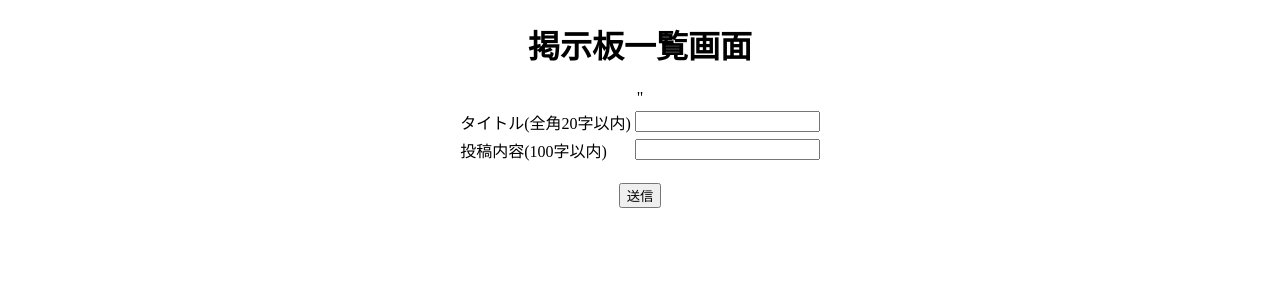
Repository: okaeriko714/senbonNock
Page: http://localhost/senbonNock/jsp/defaultMenu.jsp
These files come from the project's save history. The page is drawn as it stood at one moment and after the next save; the edit follows.
The browser window is 1280 px wide. The pictures show the whole page.
The page is served by Tomcat 10.

Above is the page before, as saved 2024-03-22 01:16:08.

After the next save:
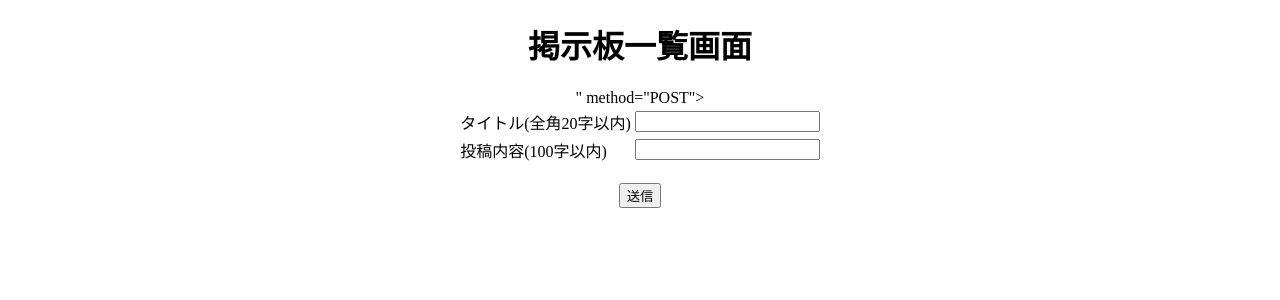
Saved 55 s later.
--- a/senbonNock/src/main/webapp/jsp/defaultMenu.jsp
+++ b/senbonNock/src/main/webapp/jsp/defaultMenu.jsp
@@ -9,7 +9,7 @@
 <body>
 	<div align="center">
 		<h1>掲示板一覧画面</h1>
-		<form action="<c:url value="/messageBoardLisstServlet" method="POST"/>"
+		<form action="<c:url value="/messageBoardLisstServlet"/>" method="POST">
 			<table>
 				<tr>
 					<td>タイトル(全角20字以内)</td>
